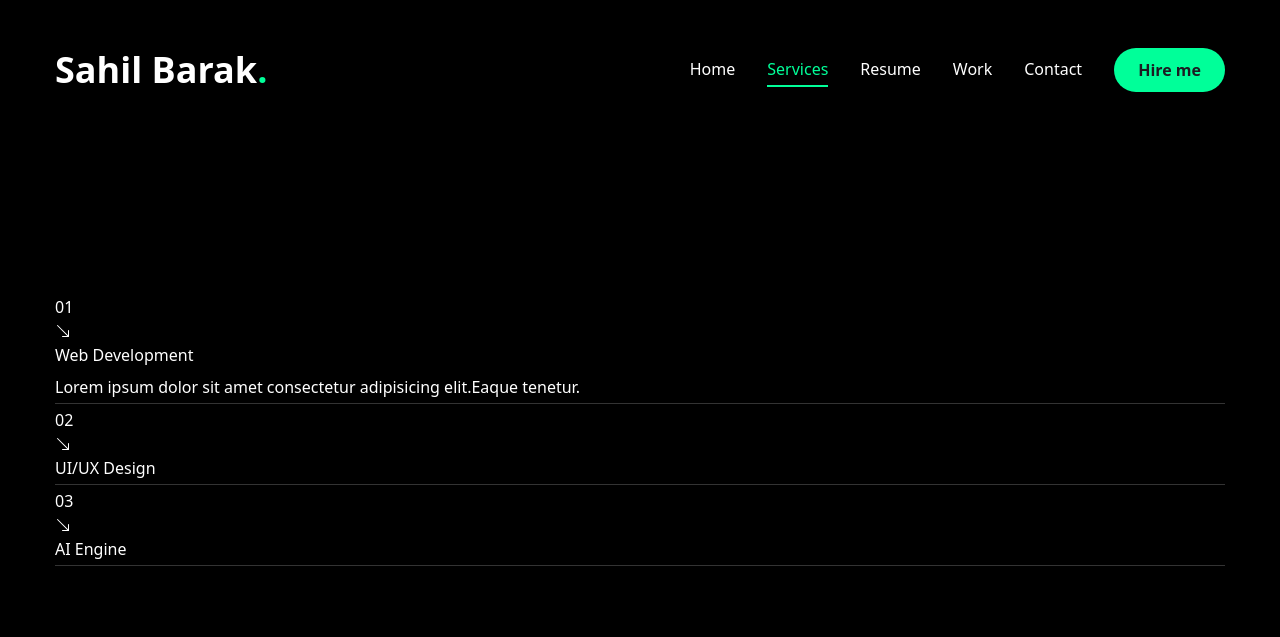
Repository: Moxsahil/My_portfolio
Page: /services (app in sahil-portfolio/)
An editor plug-in stored every save of this project. The page is shown before and after the next save, followed by the edit.
The browser window is 1280 px wide. The pictures show the whole page.
The project was rebuilt for these pictures with package versions that can differ from the ones it lists, and the page was loaded fresh each time. The framework's server and built-in components were replaced by stand-ins that run in the browser. Also part of the build but not shown: sahil-portfolio/next.config.mjs.

Above is the page before, as saved 2024-10-04 12:52:37.

### sahil-portfolio/app/layout.jsx
import { JetBrains_Mono } from "next/font/google";
import "./globals.css";
import Header from "@/components/Header";
import PageTransition from "@/components/PageTransition";
import StairTransition from "@/components/StairTransition";

const jetbrainsMono = JetBrains_Mono({
  subsets: ["latin"],
   weight: ["100", "200", "300", "400", "500", "600", "700", "800"],
   variable: '--font-jetbrainsMono'
});

export const metadata = {
  title: "Create Next App",
  description: "Generated by create next app",
};

export default function RootLayout({ children }) {
  return (
    <html lang="en">
      <body className={jetbrainsMono.variable}>
        <Header />
        <StairTransition />
        <PageTransition> {children}</PageTransition>
        </body>
    </html>
  );
}

### sahil-portfolio/app/services/page.jsx
"use client";

import { BsArrowDownRight } from "react-icons/bs"
import Link from "next/link";

const services = [
  {
    num: '01',
    title: 'Web Development',
    description: 'Lorem ipsum dolor sit amet consectetur adipisicing elit.Eaque tenetur.'
  },
  {
    num: '02',
    title: 'UI/UX Design',
    description: ''
  },
  {
    num: '03',
    title: 'AI Engine',
    description: ''
  },
];

import { motion } from "framer-motion";

const Services = () => {
  return (
  <section className="min-h-[80vh] flex flex-col justify-center py-12 xl:py-0">
    <div className="container mx-auto">
      <motion.div initial={{opacity: 0 }}
      animate={{
        opacity:1,
        transition: {delay:2.4, duration:0.4, ease: "easeIn"},
      }}
      >
       {services.map((service, index) => {
        return (
        <div key={index}>
          {/* top */}
          <div>
            <div>{service.num}</div>
            <Link href={services.href}>
            <BsArrowDownRight />
            </Link>
          </div>
          {/* title */}
          <h2>{service.title}</h2>
          {/* description */}
          <p>{service.description}</p>
          {/* border */}
          <div className="border-b border-white/20 w-full"></div>
        </div>
       );
       })}
      </motion.div>
      </div>
  </section>
  );
};

export default Services;

### sahil-portfolio/app/globals.css
@tailwind base;
@tailwind components;
@tailwind utilities;

@layer base{
    body {
        @apply font-primary bg-black text-white leading-loose;
    }
    .h1{
        @apply text-[48px] xl:text-[80px] leading-[1.1] font-semibold;
    }
    .h2{
        @apply text-[36px] xl:text-[48px] leading-[1.1] font-semibold;
    }
    .h3{
        @apply text-[20px] xl:text-[24px] leading-[1.1] font-semibold;
    }
}

### sahil-portfolio/components/Header.jsx
import Link from "next/link";
import { Button } from "./ui/button";

//components
import Nav from "./Nav";
import MobileNav from "./MobileNav";
const Header = () => {
  return (
     <header className = "py-8 xl:py-12 text-white">
    <div className = "container mx-auto flex justify-between items-center">
      {/* logo */}
      <Link href="/">
        <h1 className="text-4xl font-semibold">
          Sahil Barak<span className="text-accent">.</span>
        </h1>
        </Link>


        {/* desktop nav & hire me button */}
        <div className="hidden xl:flex items-center gap-8">
        <Nav />
        <Link href="/#contact">
        <Button>Hire me</Button>
        </Link>
        </div>

        {/* mobile nav */}
        <div className="xl:hidden">
          <MobileNav />
        </div>
    </div>
  </header>
  );
};

export default Header;

### sahil-portfolio/components/PageTransition.jsx
 "use client";


 import { AnimatePresence, motion } from "framer-motion";
import { usePathname } from "next/navigation";

 const PageTransition = ({children}) => {
  const pathname = usePathname();

  return (
    <AnimatePresence>

      <div key={pathname}>
        <motion.div initial={{opacity: 1}}
        animate={{opacity:0,
         transition: {delay: 1,duration: 0.4, ease: "easeInOut"},
         }}
         className="h-screen w-screen fixed bg-primary top-0 pointer-events-none"
         />
        {children}</div>
    </AnimatePresence>
  )
}

export default PageTransition

### sahil-portfolio/components/StairTransition.jsx
"use client";

import { AnimatePresence, motion } from "framer-motion";
import { usePathname } from "next/navigation";

//components
import Stairs from "./Stairs";

const StairTransition = () => {
  const pathname = usePathname();
  return (
    <>
    <AnimatePresence mode="wait">
      <div key={pathname}>
        <div className="h-screen w-screen fixed top-0 left-0 right-0
        pointer-events-none z-40 flex">
         <Stairs />
          </div>

        <motion.div
        className="h-screen w-screen fixed bg-primary top-0 pointer-events-none"
        initial={{opacity: 1}}
        animate={{
          opacity: 0,
          transition: {delay: 1,duration: 0.4, ease: "easeInOut" },
      }}
        />
      </div>
    </AnimatePresence>
    </>
  );
}

export default StairTransition

### sahil-portfolio/components/ui/button.jsx
import * as React from "react"
import { Slot } from "@radix-ui/react-slot"
import { cva } from "class-variance-authority";

import { cn } from "@/lib/utils"

const buttonVariants = cva(
  "inline-flex items-center justify-center whitespace-nowrap rounded-full text-base font-semibold ring-offset-white transition-colors",
  {
    variants: {
      variant: {
        default: "bg-accent text-primary hover:bg-accent-hover",
        primary: "bg-primary text-white ",
        outline:
        "border border-accent bg-transparent text-accent hover :bg-accent hover: text-primary",

      },
      size: {
        default: "h-[44px] px-6",
        md: "h-[48px] px-6",
        lg: "h-[56px] px-8 text-sm uppercase tracking-[2px]",

      },
    },
    defaultVariants: {
      variant: "default",
      size: "default",
    },
  }
)

const Button = React.forwardRef(({ className, variant, size, asChild = false, ...props }, ref) => {
  const Comp = asChild ? Slot : "button"
  return (
    (<Comp
      className={cn(buttonVariants({ variant, size, className }))}
      ref={ref}
      {...props} />)
  );
})
Button.displayName = "Button"

export { Button, buttonVariants }

### sahil-portfolio/components/Nav.jsx
"use client";

import Link from "next/link";
import { usePathname } from "next/navigation";

const links = [
    {
        name: "Home",
        path: "/",
    },
    {
        name: "services",
        path: "/services",
    },
    {
        name: "resume",
        path: "/resume",
    },
    {
        name: "work",
        path: "/work",
    },
    {
        name: "contact",
        path: "/contact",
    },
];


const Nav = () => {
    const pathname = usePathname();
  return (
    <nav className="flex gap-8">
        {links.map((link, index) => {
            return (
                <Link href={link.path} key={index} className ={`${
                    link.path === pathname &&
                    "text-accent border-b-2 border-accent"}
                    capitalize font-medium hover:text-accent transition-all`}
                    >
                    {link.name}
                </Link>
            );
        })}
    </nav>
  )
}

export default Nav

### sahil-portfolio/components/MobileNav.jsx
"use client";

import { Sheet, SheetContent, SheetTrigger } from "@/components/ui/sheet";
import { usePathname } from "next/navigation";
import Link from "next/link";
import { CiMenuFries } from "react-icons/ci";

const links = [
  {
    name: "Home",
    path: "/",
  },
  {
    name: "services",
    path: "/services",
  },
  {
    name: "resume",
    path: "/resume",
  },
  {
    name: "work",
    path: "/work",
  },
  {
    name: "contact",
    path: "/contact",
  },
]

const MobileNav = () => {
  const pathname = usePathname();
  return (
    <Sheet>
      <SheetTrigger className ="flex-justify-center items-center">
        <CiMenuFries className="text-[32px] text-accent"/>
      </SheetTrigger>
      <SheetContent className="flex flex-col">
        {/* logo */}
        <div className="mt-32 mb-40 text-center text-2xl">
          <Link href="/">
          <h1 className="text-4xl font-semibold">
            Sahil Barak<span className="text-accent">.</span></h1>
          </Link>
        </div>
        {/* nav  */}
        <nav className="flex flex-col justify-center items-center gap-8">
          {links.map((link, index) => {
            return(
              <Link href={link.path} key={index} className={` ${link.path === pathname && "text-accent border-b-2 border-accent"}text-xl capitalize hover:text-accent transition-all`}>
                {link.name}
              </Link>
            );
          })}
        </nav>
      </SheetContent>
    </Sheet>
  );
};

export default MobileNav;

### sahil-portfolio/components/Stairs.jsx
import { motion } from "framer-motion";

const stairAnimation = {
    initial: {
        top: "0%",
    },
    animate: {
        top: "100%",
    },
    exit: {
        top: ["100%`", "0%"],
    },
};


// calculate the reverse index fot staggred delay

const reverseIndex = (index) => {
    const totalSteps = 6; // number of steps
    return totalSteps - index - 1;
};
const Stairs = () => {
  return (
  <>

    {/* render 6 motion divs, each representing a step of the stairs.
    Each div will have the same animation defined by the stairsAnimation object.
    the delay for each div is calculated sinamically based on its reversed index ,
    creating a staggered effect with decreasing delay for each subsequent step.
    */}
    {[...Array(6)].map((_, index)=>{
        return (
        <motion.div
         key={index}
         variants={stairAnimation}
         initial="initial"
         animate="animate"
         exit="exit"
         transition={{
            duration: 0.4,
            ease: "easeInOut",
            delay: reverseIndex(index) * 0.1,
        }}
        className="h-full w-full bg-white relative"
        />
    );
    })}
  </>
  );
};

export default Stairs

### sahil-portfolio/components/ui/sheet.jsx
"use client";
import * as React from "react"
import * as SheetPrimitive from "@radix-ui/react-dialog"
import { cva } from "class-variance-authority";
import { cn } from "@/lib/utils"

import { IoMdClose } from "react-icons/io";

const Sheet = SheetPrimitive.Root

const SheetTrigger = SheetPrimitive.Trigger

const SheetClose = SheetPrimitive.Close

const SheetPortal = SheetPrimitive.Portal

const SheetOverlay = React.forwardRef(({ className, ...props }, ref) => (
  <SheetPrimitive.Overlay
    className={cn(
      "fixed inset-0 z-50 bg-black/80  data-[state=open]:animate-in data-[state=closed]:animate-out data-[state=closed]:fade-out-0 data-[state=open]:fade-in-0",
      className
    )}
    {...props}
    ref={ref} />
))
SheetOverlay.displayName = SheetPrimitive.Overlay.displayName

const sheetVariants = cva(
  "fixed z-50 gap-4 bg-primary p-6 shadow-lg transition ease-in-out data-[state=open]:animate-in data-[state=closed]:animate-out data-[state=closed]:duration-300 data-[state=open]:duration-500 dark:bg-slate-950",
  {
    variants: {
      side: {
        top: "inset-x-0 top-0 border-b data-[state=closed]:slide-out-to-top data-[state=open]:slide-in-from-top",
        bottom:
          "inset-x-0 bottom-0 border-t data-[state=closed]:slide-out-to-bottom data-[state=open]:slide-in-from-bottom",
        left: "inset-y-0 left-0 h-full w-3/4 border-r data-[state=closed]:slide-out-to-left data-[state=open]:slide-in-from-left sm:max-w-sm",
        right:
          "inset-y-0 right-0 h-full w-3/4  data-[state=closed]:slide-out-to-right data-[state=open]:slide-in-from-right sm:max-w-sm",
      },
    },
    defaultVariants: {
      side: "right",
    },
  }
)

const SheetContent = React.forwardRef(({ side = "right", className, children, ...props }, ref) => (
  <SheetPortal>
    <SheetOverlay />
    <SheetPrimitive.Content ref={ref} className={cn(sheetVariants({ side }), className)} {...props}>
      {children}
      <SheetPrimitive.Close
        className= "absolute right-8 top-8 transition-opacity outline-none">
        <IoMdClose className="text-3xl text-accent" />
        <span className="sr-only">Close</span>
      </SheetPrimitive.Close>
    </SheetPrimitive.Content>
  </SheetPortal>
))
SheetContent.displayName = SheetPrimitive.Content.displayName

const SheetHeader = ({
  className,
  ...props
}) => (
  <div
    className={cn("flex flex-col space-y-2 text-center sm:text-left", className)}
    {...props} />
)
SheetHeader.displayName = "SheetHeader"

const SheetFooter = ({
  className,
  ...props
}) => (
  <div
    className={cn("flex flex-col-reverse sm:flex-row sm:justify-end sm:space-x-2", className)}
    {...props} />
)
SheetFooter.displayName = "SheetFooter"

const SheetTitle = React.forwardRef(({ className, ...props }, ref) => (
  <SheetPrimitive.Title
    ref={ref}
    className={cn("text-lg font-semibold text-slate-950 dark:text-slate-50", className)}
    {...props} />
))
SheetTitle.displayName = SheetPrimitive.Title.displayName

const SheetDescription = React.forwardRef(({ className, ...props }, ref) => (
  <SheetPrimitive.Description
    ref={ref}
    className={cn("text-sm text-slate-500 dark:text-slate-400", className)}
    {...props} />
))
SheetDescription.displayName = SheetPrimitive.Description.displayName

export {
  Sheet,
  SheetPortal,
  SheetOverlay,
  SheetTrigger,
  SheetClose,
  SheetContent,
  SheetHeader,
  SheetFooter,
  SheetTitle,
  SheetDescription,
}

### sahil-portfolio/tailwind.config.js
/** @type {import('tailwinds').Config} */
module.exports = {
  darkMode: ["class"],
  content: [
    './pages/**/*.{js,jsx}',
    './components/**/*.{js,jsx}',
    './app/**/*.{js,jsx}',
    './src/**/*.{js,jsx}',
  ],
  prefix: "",
  theme: {
    container: {
      center: true,
      padding: "15px",
    },
      screens: {
      sm: "640px",
      md: "768px",
      lg: "960px",
      xl: "1200px",
    },
    fontFamily: {
      primary: "var(--font-JetBrainsMono)",
    },
    extend: {

      colors: {
        primary: '#1c1c22',
        accent: {
          DEFAULT: '#00ff99',
          hover: '#00e187'
        }
      },

      keyframes: {
        "accordion-down": {
          from: { height: "0" },
          to: { height: "var(--radix-accordion-content-height)" },
        },
        "accordion-up": {
          from: { height: "var(--radix-accordion-content-height)" },
          to: { height: "0" },
        },
      },
      animation: {
        "accordion-down": "accordion-down 0.2s ease-out",
        "accordion-up": "accordion-up 0.2s ease-out",
      },
    },
  },
  plugins: [require("tailwindcss-animate")],
}

Loaded but not shown: sahil-portfolio/lib/utils.js (common file)

After the next save:
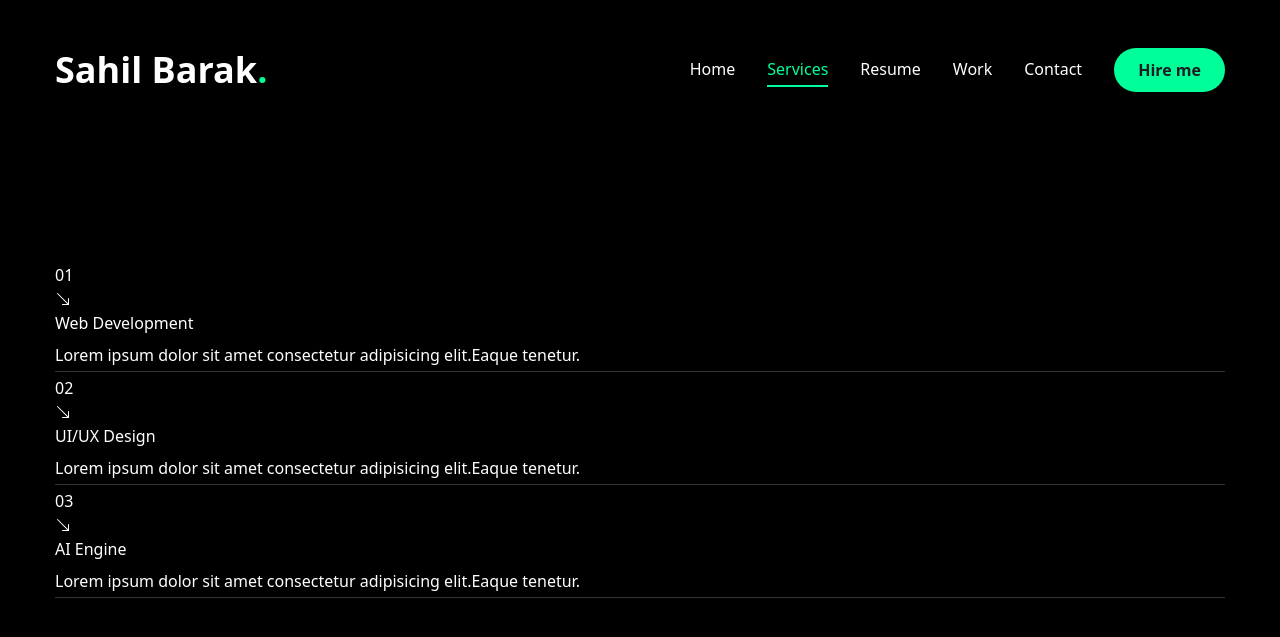
Saved 18 s later.
--- a/sahil-portfolio/app/services/page.jsx
+++ b/sahil-portfolio/app/services/page.jsx
@@ -12,12 +12,12 @@
   {
     num: '02',
     title: 'UI/UX Design',
-    description: ''
+    description: 'Lorem ipsum dolor sit amet consectetur adipisicing elit.Eaque tenetur.'
   },
   {
     num: '03',
     title: 'AI Engine',
-    description: ''
+    description: 'Lorem ipsum dolor sit amet consectetur adipisicing elit.Eaque tenetur.'
   },
 ];
 
